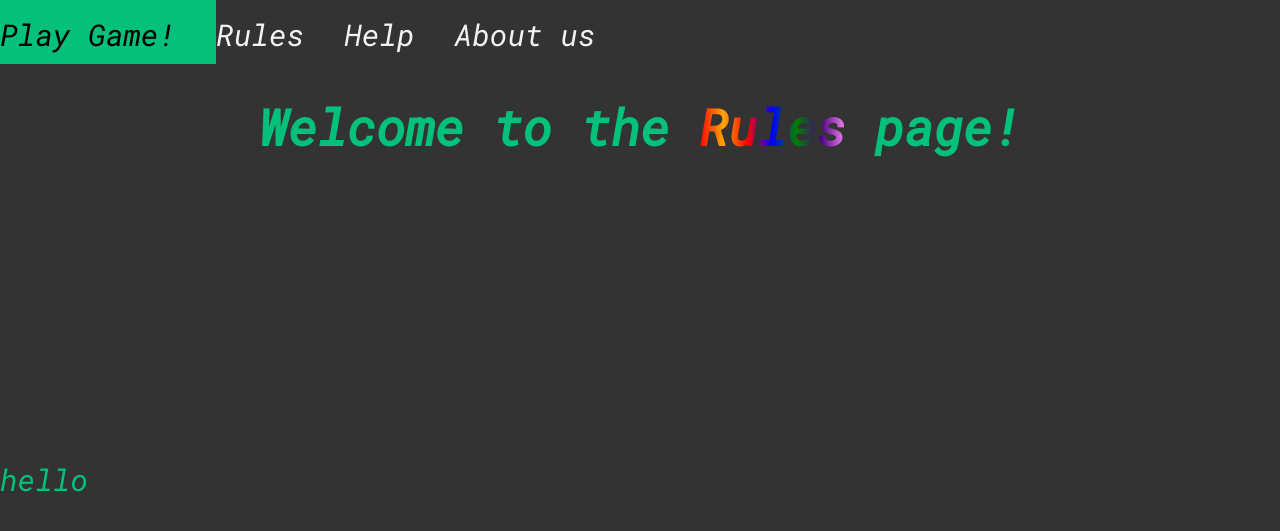
Repository: Ascendrospyder/rock-paper-scissors
Page: rulesPage.html
These files come from the project's save history. The page is drawn as it stood at one moment and after the next save; the edit follows.
The browser window is 1280 px wide. The pictures show the whole page.

Above is the page before, as saved 2022-12-26 12:16:41.

### rulesPage.html
<!DOCTYPE html>
<html lang="en">
  <head>
    <meta charset="UTF-8" />
    <meta http-equiv="X-UA-Compatible" content="IE=edge" />
    <meta name="viewport" content="width=device-width, initial-scale=1.0" />
    <title>Rules</title>
    <link rel="preconnect" href="https://fonts.googleapis.com" />
    <link rel="preconnect" href="https://fonts.gstatic.com" crossorigin />
    <link
      href="https://fonts.googleapis.com/css2?family=Roboto+Mono:ital@1&display=swap"
      rel="stylesheet"
    />
    <link rel="stylesheet" href="./css/style.css" />
    <link rel="stylesheet" href="./css/navbar.css" />
  </head>
  <body>
    <nav>
      <div class="nav-bar">
        <a class="play-game" href="app.html">Play Game!</a>
        <a class="game-rules" href="rulesPage.html">Rules</a>
        <a class="help" href="helpPage.html">Help</a>
        <a class="about" href="aboutPage.html">About us</a>
      </div>
    </nav>

    <div class="title">
      <h1 class="heading">
        Welcome to the <span class="multicoloured-text">Rules</span> page!
      </h1>
    </div>

    <div class="rules-list">
      <ol class = "prompt-message">
        <li>hello</li>
      </ol>
    </div>

  </body>
</html>

### css/style.css
/* The following code will remove the whitespace at the top of the browser */
* {
  margin: 0;
  padding: 0;
  border: 0;
  outline: 0;
  font-size: 100%;
  vertical-align: baseline;
  background: transparent;
}

body {
  background-color: #333;
}

.title {
  display: flex;
  justify-content: center;
  align-items: center;
  margin-bottom: 300px;
}

.heading {
  font-size: 50px;
  color : #03c07b;
  font-family: 'Roboto Mono', monospace;
}

.multicoloured-text {
  background-image: linear-gradient(to left, violet, indigo, green, blue, red, orange, red);
  -webkit-background-clip: text;
  -moz-background-clip: text;
  background-clip: text;
  color: transparent;
}

.prompt {
  /* border : 2px solid black;  */
  display : flex;
  justify-content: flex-start;
  margin-bottom: 20px;
}

.prompt-message {
  font-size: 30px;
  color : #03c07b;
  font-family: 'Roboto Mono', monospace;
}
.results {
  border: 5px solid rgb(40, 40, 40);
  flex-wrap: wrap;
  display : flex;
  justify-content: space-between;
  margin-bottom: 15px;
}


.results > button {
  flex : 1 1 0;
  background-color: #333;
  color: white;
  font-size: 30px;
  font-family: 'Roboto Mono', monospace;
  transition: background-color 0.3s;
}

button {
  padding-top: 40px;
  padding-bottom: 40px;
}

button:hover {
  background-color: #03c07b;
  color: black;
}

### css/navbar.css
.nav-bar {
  /* border : 10px solid black;  */
  background-color : #333;
  overflow: hidden;
  margin-bottom: 30px;
  /* padding-left: 20px; */
}

.nav-bar a {
  font-family: 'Roboto Mono', monospace;
  text-decoration: none;
  float : left;
  color : #f2f2f2;
  text-align: center;
  font-size: 30px;
  padding-right: 40px;
  padding-top: 15px;
  padding-bottom: 10px;
  transition: background-color 0.8s;
}

.nav-bar a:hover {
  background-color: #03c07b;
  color: black;
}

.nav-bar a:active {
  background-color: #03c07b;
  color : white;
}

After the next save:
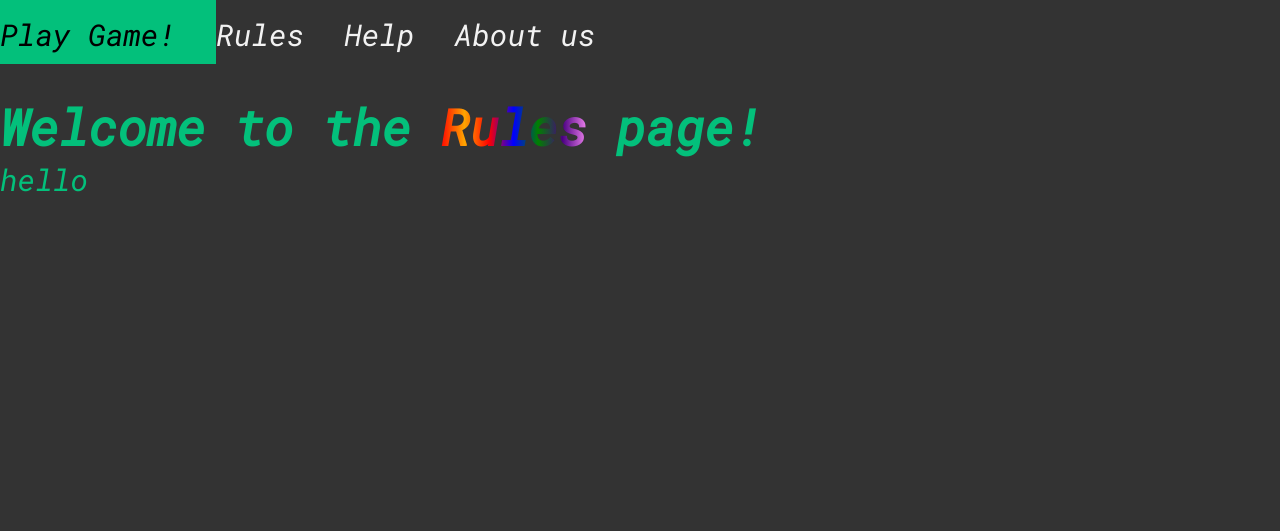
Saved 10 s later.
--- a/rulesPage.html
+++ b/rulesPage.html
@@ -24,7 +24,7 @@
       </div>
     </nav>
 
-    <div class="title">
+    <div class="rules-title">
       <h1 class="heading">
         Welcome to the <span class="multicoloured-text">Rules</span> page!
       </h1>
